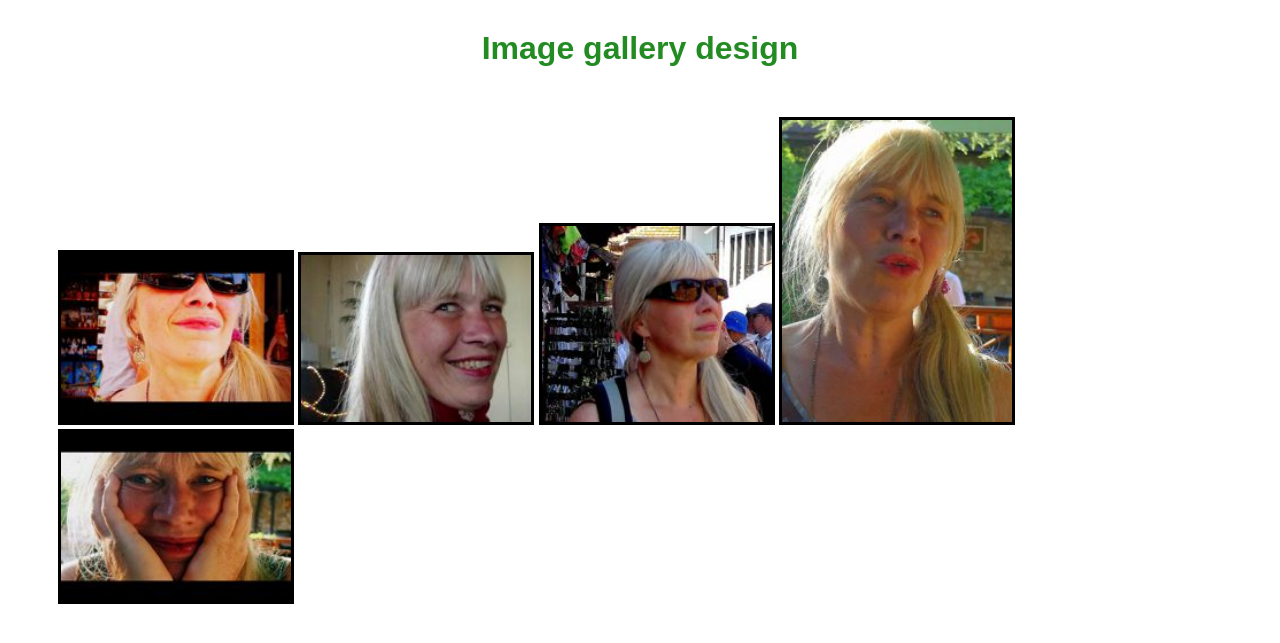
Repository: hindrik40/bildspel-lightbox
Page: index.html
The author's editor kept a copy of each file at every save. The page is drawn from the files as they stood at one save, then again after a run of saves.
The browser window is 1280 px wide. The pictures show the whole page.

Above is the page before, as saved 2021-08-08 16:45:58.

### index.html
<!DOCTYPE html>
<html lang="en">
<head>
    <meta charset="UTF-8">
    <meta http-equiv="X-UA-Compatible" content="IE=edge">
    <meta name="viewport" content="width=device-width, initial-scale=1.0">
    <link rel="stylesheet" href="css/style.css">
    <title>slide lightbox</title>
</head>
<body>
    <h1>Image gallery design</h1>
    <div class="gallery">
        <img src="images/b7t.jpg">
        <img src="images/b5t.jpg">
        <img src="images/b6t.jpg">
        <img src="images/b9t.jpg">
        <img src="images/b8t.jpg">



    </div>

</body>
</html>

### css/style.css
body{
    font-family: sans-serif;
}
h1{
    text-align: center;
    color:forestgreen;
    margin: 30px 0 50px;
}
.gallery
{
    margin:10px 50px;
}

.gallery img{
    width: 230px;
    height
padding : 5px;}

img{
    border:3px solid black;
}

After the next 2 saves:
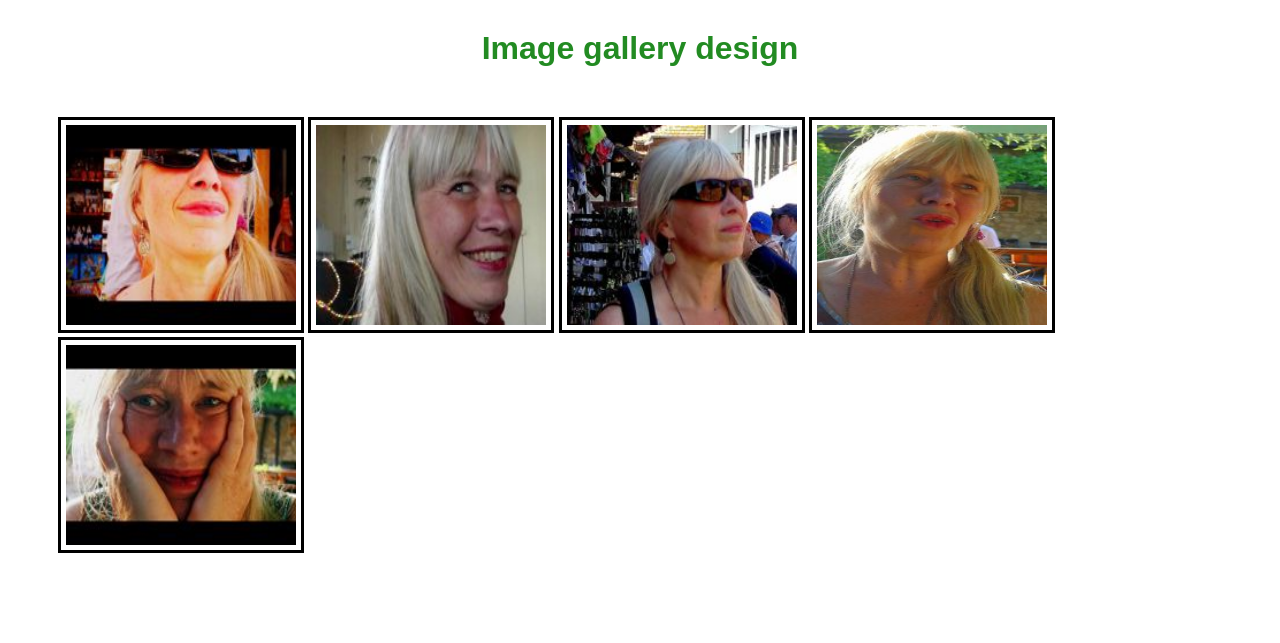
The 2 saves are shown as one change because they came seconds apart.
The last was saved 10 s later.
--- a/css/style.css
+++ b/css/style.css
@@ -13,7 +13,7 @@ h1{
 
 .gallery img{
     width: 230px;
-    height
+    height:200px;
 padding : 5px;}
 
 img{
